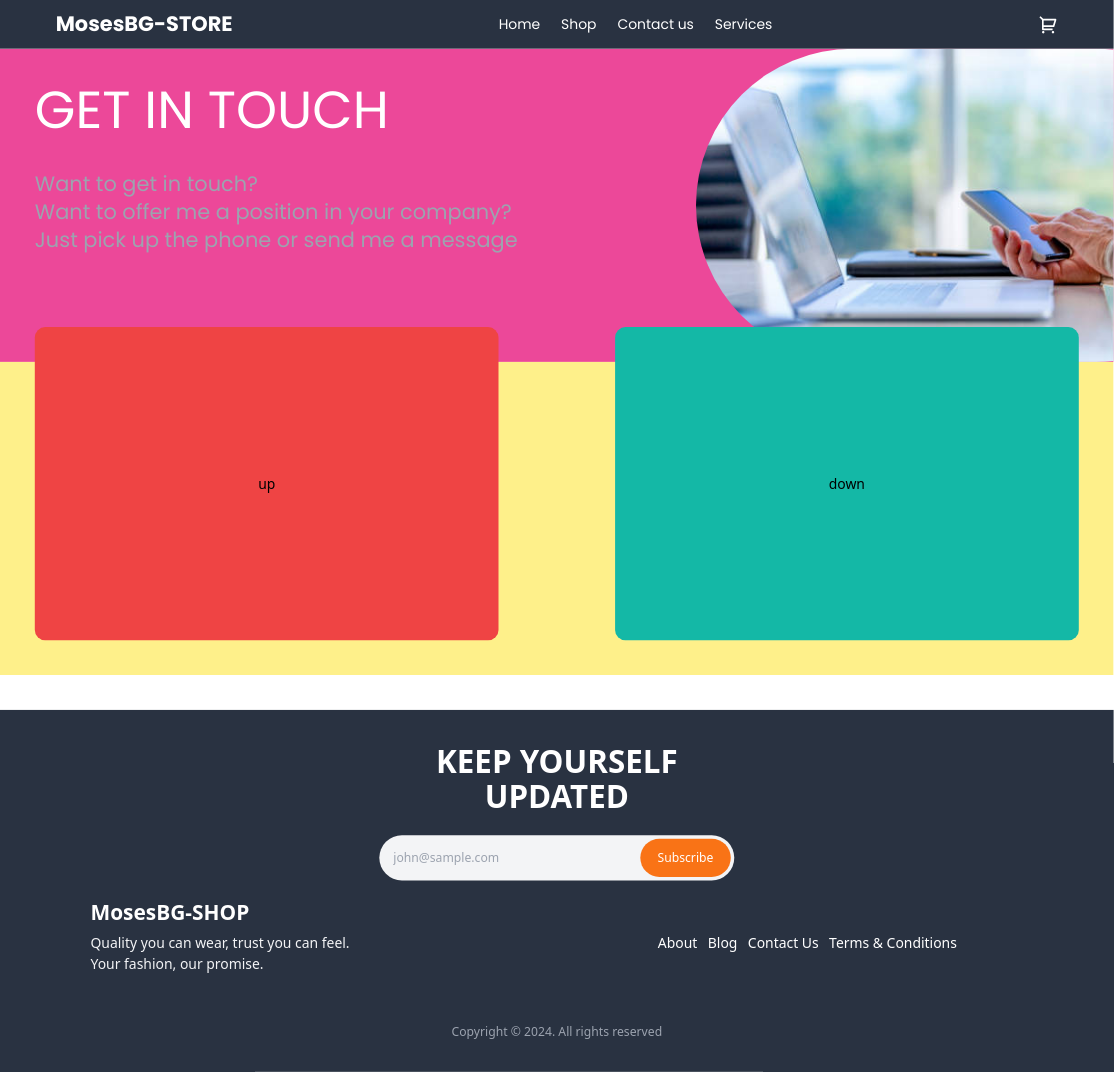
Repository: moshebengan/cart
Page: /fake-store/contact-us
An editor plug-in stored every save of this project. The page is shown before and after the next save, followed by the edit.
The browser window is 1280 px wide. The pictures show the whole page, at 87% of full size.
The project was rebuilt for these pictures with package versions that can differ from the ones it lists, and the page was loaded fresh each time. Also part of the build but not shown: vite.config.js, src/components/Error.jsx, src/utils/data.js, src/utils/apiCalls.js, src/components/Loading.jsx, src/components/Products.jsx, src/pages/HomePage.jsx, src/components/EmptyCart.jsx and 4 more.

Above is the page before, as saved 2024-09-16 08:58:20.

After the next save:
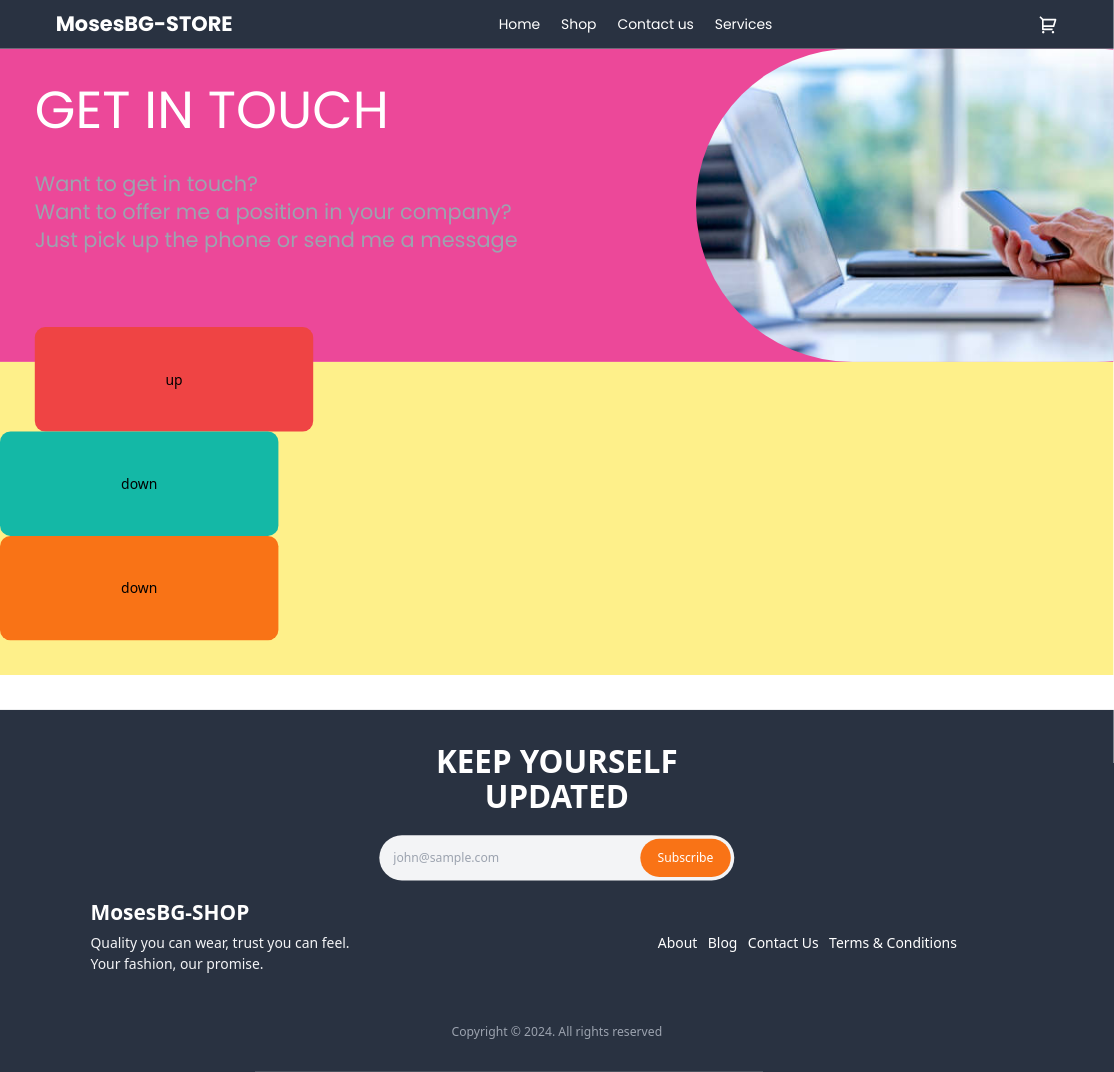
Saved 3 min 45 s later.
--- a/src/pages/ContactUs.jsx
+++ b/src/pages/ContactUs.jsx
@@ -12,9 +12,10 @@ const ContactUs = () => {
         </div>
       <img src="/public/contactus2.jpg" alt="" className="w-[50%] h-full absolute -right-40 top-0 rounded-full object-cover"  />
       </div>
-      <div className="w-full h-[50%] bg-yellow-200 flex flex-row relative">
-        <div className="absolute ml-10 w-5/12 h-full bg-red-500 left-0  -top-10 flex items-center justify-center rounded-xl" >up</div>
-        <div className="absolute mr-10 w-5/12 h-full bg-teal-500 right-0 -top-10 flex items-center justify-center rounded-xl">down</div>
+      <div className="w-full h-[50%] bg-yellow-200 flex flex-row relative md:flex-col">
+        <div className="absolute ml-10 w-1/4 h-full bg-red-500 left-0  -top-10 flex items-center justify-center rounded-xl md:relative" >up</div>
+        <div className="absolute mr-10 w-1/4 h-full bg-teal-500 right-0 -top-10 flex items-center justify-center rounded-xl md:relative">down</div>
+        <div className="absolute mr-10 w-1/4 h-full bg-orange-500 right-0 -top-10 flex items-center justify-center rounded-xl md:relative">down</div>
         {/* <div className="absolute -top-10 left-10 bg-yellow-300 flex-initial w-64">left</div>
         <div className="absolute -top-10 right-10 bg-pink-400 flex-initial w-32 ">right</div> */}
       </div>
